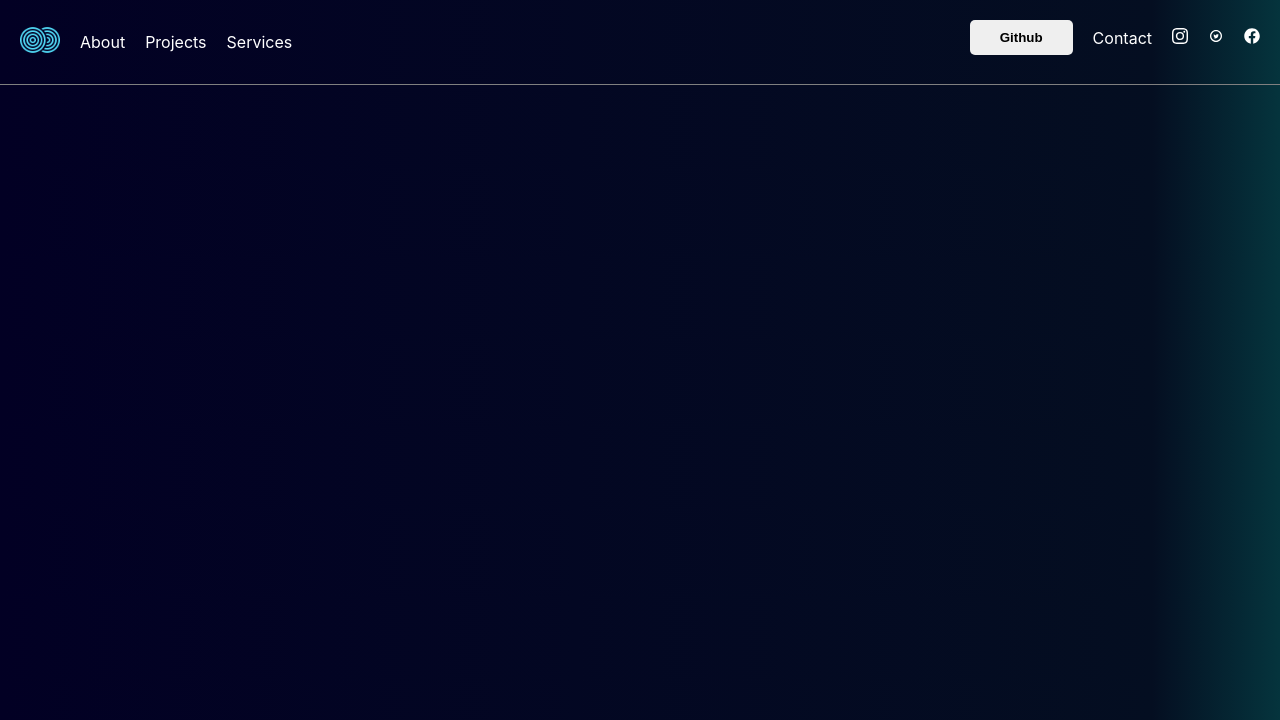
Repository: uh-sman/Portfolio
Page: /
An editor plug-in stored every save of this project. The page is shown before and after the next save, followed by the edit.
The browser window is 1280 px wide. The pictures show the whole page.
The project was rebuilt for these pictures with package versions that can differ from the ones it lists, and the page was loaded fresh each time.

Above is the page before, as saved 2022-11-18 08:34:11.

After the next save:
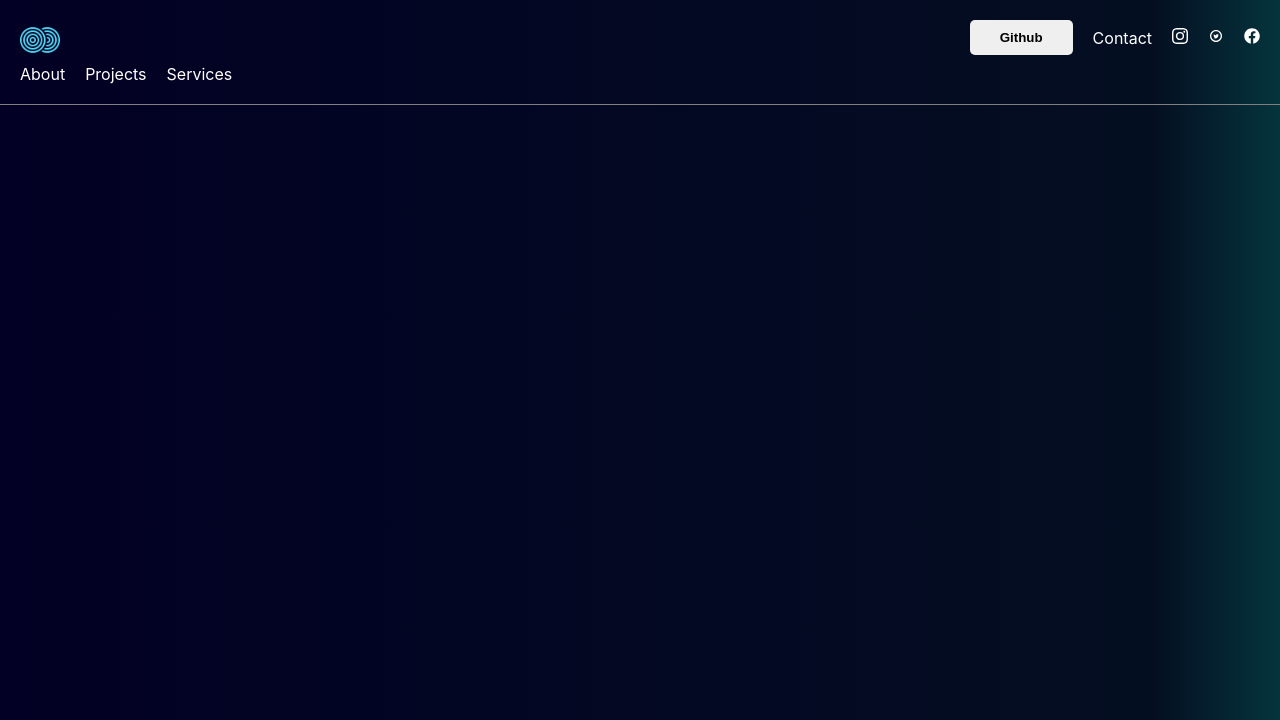
Saved 38 s later.
--- a/src/components/Navbar.jsx
+++ b/src/components/Navbar.jsx
@@ -8,10 +8,12 @@
       <nav className="navbar-container">
         <div className="navbar">
           <div>
-            <ul className="nav-list">
+            <div>
               <a>
                 <img src={logo} className="logo" />
               </a>
+            </div>
+            <ul className="nav-list">
               <a href="">About</a>
               <a href="">Projects</a>
               <a href="">Services</a>
